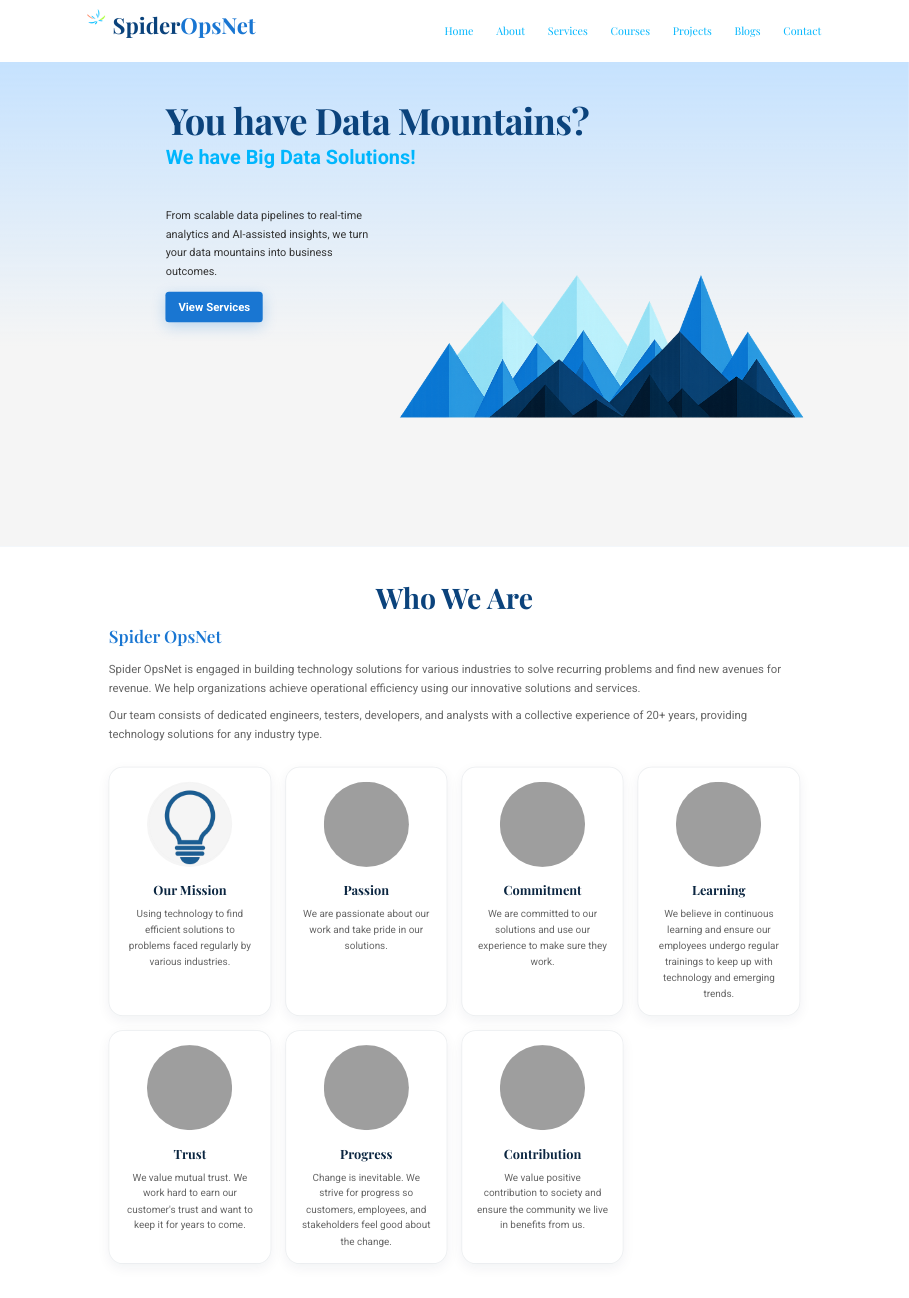
Repository: Yeshwanth-189/spiderOpsNet
Page: / (app in spideropsnet-frontend/)
These files come from the project's save history. The page is drawn as it stood at one moment and after the next save; the edit follows.
The browser window is 1280 px wide. The pictures show the whole page, at 71% of full size.
Pictures or frames that could not be fetched are drawn as grey boxes. The project was rebuilt for these pictures with package versions that can differ from the ones it lists, and the page was loaded fresh each time. Also part of the build but not shown: spideropsnet-frontend/vite.config.js.

Above is the page before, as saved 2025-09-04 16:51:25.

### spideropsnet-frontend/index.html
<!DOCTYPE html>
<html lang="en">
  <head>
    <meta charset="UTF-8" />
    <link rel="icon" type="image/svg+xml" href="/spideropsnet.svg" />
    <link
      href="https://fonts.googleapis.com/css2?family=Playfair+Display:wght@400;600;700&family=Roboto:wght@400;500;700&display=swap"
      rel="stylesheet"
    />
    <meta name="viewport" content="width=device-width, initial-scale=1.0" />
    <title>SpiderOpsNet</title>
  </head>
  <body>
    <div id="root"></div>
    <script type="module" src="/src/main.jsx"></script>
  </body>
</html>

### spideropsnet-frontend/src/App.jsx
import "./App.css";
import SpiderOpsNet from "./components/SpiderOpsNet";
import { BrowserRouter as Router, Routes, Route } from "react-router-dom";

function App() {
  return (
    <>
      <Router>
        <Routes>
          <Route path="/" element={<SpiderOpsNet />} />
          {/* <Route path="/overview" element={<Overview />} />
          <Route path="/profession" element={<Profession />} />
          <Route path="/projects" element={<Project />} />
          <Route path="/education" element={<Education />} />
          <Route path="/skills" element={<Skills />} />
          <Route path="/achievements" element={<Awards />} /> */}
        </Routes>
      </Router>
    </>
  );
}

export default App;

### spideropsnet-frontend/src/App.css
:root {
  /* Brand Colors */
  --color-primary: #0b437c; /* Dark Navy Blue */
  --color-secondary: #00b6fd; /* Professional Light Blue */

  /* Backgrounds */
  --color-bg: #ffffff;
  --color-bg-light: #f5f5f5;

  /* Neutral Grays */
  --color-gray-dark: #333333;
  --color-gray-mid: #666666;
  --color-gray-light: #f5f5f5;

  /* Status Colors */
  --color-success: #2e7d32;
  --color-warning: #ed6c02;
  --color-error: #d32f2f;

  /* Typography */
  --font-heading: "Playfair Display", serif;
  --font-body: "Roboto", sans-serif;

  /* Font Sizes (scalable for responsive design) */
  --text-h1: 2.5rem;
  --text-h2: 2rem;
  --text-h3: 1.5rem;
  --text-body: 1rem;
  --text-small: 0.875rem;

  /* Spacing (consistent padding/margin system) */
  --space-xs: 4px;
  --space-sm: 8px;
  --space-md: 16px;
  --space-lg: 24px;
  --space-xl: 32px;

  /* Border Radius */
  --radius-sm: 4px;
  --radius-md: 8px;
  --radius-lg: 16px;

  /* Shadows */
  --shadow-sm: 0 1px 2px rgba(0, 0, 0, 0.05);
  --shadow-md: 0 4px 6px rgba(0, 0, 0, 0.1);
  --shadow-lg: 0 10px 15px rgba(0, 0, 0, 0.15);
}

html,
body {
  margin: 0;
  padding: 0;
}
* {
  box-sizing: border-box;
}
/* Base Typography */
body {
  font-family: var(--font-body);
  font-size: var(--text-body);
  color: var(--color-gray-dark);
  background-color: var(--color-bg);
  margin: 0;
  padding: 0;
}

h1,
h2,
h3,
h4,
h5,
h6 {
  font-family: var(--font-heading);
  color: var(--color-primary);
  margin: 0 0 var(--space-md);
}

p {
  margin: 0 0 var(--space-md);
  color: var(--color-gray-mid);
}

### spideropsnet-frontend/src/components/SpiderOpsNet.jsx
import React from "react";
import Hero from "../components/Hero";
import NavBar from "../components/NavBar";
import About from "../components/About";
// import Experience from "../components/Experience";
// import Communications from "../components/Communications";
import "../styles/SpiderOpsNet.css";

function SpiderOpsNet() {
  return (
    <>
      <NavBar />
      <Hero />
      <About />
      {/* <Experience />
      <Communications /> */}
    </>
  );
}

export default SpiderOpsNet;

### spideropsnet-frontend/src/components/Hero.jsx
import React from "react";
import "../styles//Hero.css";
import DataMountains from "../assets/DataMountains.png";
// eslint-disable-next-line no-unused-vars
import { motion, useReducedMotion } from "framer-motion";

export default function Hero({
  title = "You have Data Mountains?",
  subtitle = "We have Big Data Solutions!",
  paragraph = "From scalable data pipelines to real-time analytics and AI-assisted insights, we turn your data mountains into business outcomes.",
  ctaText = "View Services",
  onCtaClick = () => {},
  imageAlt = "Abstract mountain range representing big data layers",
}) {
  const prefersReducedMotion = useReducedMotion();

  const initial = prefersReducedMotion ? { opacity: 0 } : { opacity: 0, y: 40 };
  const animate = prefersReducedMotion ? { opacity: 1 } : { opacity: 1, y: 0 };
  const transition = prefersReducedMotion
    ? { duration: 0.6, ease: "easeOut" }
    : { duration: 0.9, ease: "easeOut" };
  return (
    <motion.section
      className="hero"
      aria-label="Data Solutions Hero"
      initial={initial}
      animate={animate}
      transition={transition}
    >
      <header className="hero__header">
        <h1 className="hero__title">{title}</h1>
        <h1 className="hero__subtitle">{subtitle}</h1>
      </header>

      <div className="hero__left">
        <p className="hero__paragraph">{paragraph}</p>
        <button className="hero__cta" onClick={onCtaClick} aria-label={ctaText}>
          {ctaText}
        </button>
      </div>

      <figure className="hero__right">
        <img
          className="hero__image"
          src={DataMountains}
          alt={imageAlt}
          loading="eager"
        />
      </figure>
    </motion.section>
  );
}

### spideropsnet-frontend/src/components/NavBar.jsx
import React, { useState } from "react";
import { Link } from "react-router-dom";
import "../styles/NavBar.css";
import SpiderOpsNet from "../assets/SpiderOpsNet.png";

function Navbar() {
  const [isOpen, setIsOpen] = useState(false);

  return (
    <nav className="navbar">
      <div className="navbar-grid">
        <div className="col-1" />

        <div className="col-2to11 navbar-content">
          <div className="navbar-logo">
            <img
              alt="logo"
              className="navbar-logo-image"
              src={SpiderOpsNet}
            ></img>
            <h2>
              <span className="primary"></span>Spider
              <span className="secondary">OpsNet</span>
            </h2>
            <div className="hamburger" onClick={() => setIsOpen(!isOpen)}>
              <span className={isOpen ? "bar rotate-top" : "bar"}></span>
              <span className={isOpen ? "bar fade" : "bar"}></span>
              <span className={isOpen ? "bar rotate-bottom" : "bar"}></span>
            </div>
          </div>

          {/* Links */}
          <div className={`navbar-links ${isOpen ? "open" : ""}`}>
            <Link to="/Home" onClick={() => setIsOpen(false)}>
              Home
            </Link>
            <Link to="/About" onClick={() => setIsOpen(false)}>
              About
            </Link>
            <Link to="/Services" onClick={() => setIsOpen(false)}>
              Services
            </Link>
            <Link to="/Courses" onClick={() => setIsOpen(false)}>
              Courses
            </Link>
            <Link to="/Projects" onClick={() => setIsOpen(false)}>
              Projects
            </Link>
            <Link to="/Blogs" onClick={() => setIsOpen(false)}>
              Blogs
            </Link>
            <Link to="/Contact" onClick={() => setIsOpen(false)}>
              Contact
            </Link>
          </div>
        </div>

        <div className="col-12" />
      </div>
    </nav>
  );
}

export default Navbar;

### spideropsnet-frontend/src/components/About.jsx
import React from "react";
// eslint-disable-next-line no-unused-vars
import { motion } from "framer-motion";
import "../styles/About.css";
import Mission from "../assets/mission.png";
import Passion from "../assets/passion.png";

const aboutItems = [
  {
    title: "Our Mission",
    img: Mission,
    text: "Using technology to find efficient solutions to problems faced regularly by various industries.",
  },
  {
    title: "Passion",
    img: "https://picsum.photos/seed/passion/160/160",
    text: "We are passionate about our work and take pride in our solutions.",
  },
  {
    title: "Commitment",
    img: "https://picsum.photos/seed/commitment/160/160",
    text: "We are committed to our solutions and use our experience to make sure they work.",
  },
  {
    title: "Learning",
    img: "https://picsum.photos/seed/learning/160/160",
    text: "We believe in continuous learning and ensure our employees undergo regular trainings to keep up with technology and emerging trends.",
  },
  {
    title: "Trust",
    img: "https://picsum.photos/seed/trust/160/160",
    text: "We value mutual trust. We work hard to earn our customer's trust and want to keep it for years to come.",
  },
  {
    title: "Progress",
    img: "https://picsum.photos/seed/progress/160/160",
    text: "Change is inevitable. We strive for progress so customers, employees, and stakeholders feel good about the change.",
  },
  {
    title: "Contribution",
    img: "https://picsum.photos/seed/contribution/160/160",
    text: "We value positive contribution to society and ensure the community we live in benefits from us.",
  },
];

// Variants for parent container and children
const containerVariants = {
  hidden: { opacity: 0, y: 60 },
  show: {
    opacity: 1,
    y: 0,
    transition: {
      duration: 0.7,
      ease: "easeOut",
      staggerChildren: 0.15, // cards animate one after another
    },
  },
};

const childVariants = {
  hidden: { opacity: 0, y: 40 },
  show: { opacity: 1, y: 0, transition: { duration: 0.6, ease: "easeOut" } },
};

export default function AboutUs() {
  return (
    <section className="about-wrap">
      <div className="about-grid">
        <div className="gutter-left" aria-hidden="true" />

        {/* Animate the whole content */}
        <motion.div
          className="about-content"
          variants={containerVariants}
          initial="hidden"
          whileInView="show"
          viewport={{ once: true, amount: 0.2 }}
        >
          {/* Intro */}
          <motion.header className="about-intro" variants={childVariants}>
            <h1 className="about-title">Who We Are</h1>
            <h2 className="about-subtitle">Spider OpsNet</h2>
            <p className="about-paragraph">
              Spider OpsNet is engaged in building technology solutions for
              various industries to solve recurring problems and find new
              avenues for revenue. We help organizations achieve operational
              efficiency using our innovative solutions and services.
            </p>
            <p className="about-paragraph">
              Our team consists of dedicated engineers, testers, developers, and
              analysts with a collective experience of 20+ years, providing
              technology solutions for any industry type.
            </p>
          </motion.header>

          {/* Cards */}
          <motion.div className="cards-grid" variants={containerVariants}>
            {aboutItems.map((item) => (
              <motion.article
                className="card"
                key={item.title}
                variants={childVariants}
              >
                <div className="card-img-wrap">
                  <img src={item.img} alt={item.title} />
                </div>
                <h3 className="card-title">{item.title}</h3>
                <p className="card-text">{item.text}</p>
              </motion.article>
            ))}
          </motion.div>
        </motion.div>

        <div className="gutter-right" aria-hidden="true" />
      </div>
    </section>
  );
}

### spideropsnet-frontend/src/styles/Hero.css
:root {
  --brand-primary: var(--color-primary, #0a2540); /* Dark Navy */
  --brand-accent: var(--color-accent, #1976d2); /* Light Blue */
  --surface: var(--color-surface, #ffffff);
  --text: var(--color-text, #333333);
  --muted: var(--color-muted, #666666);
  --elev: 24px;
}

/* Grid shell: 12 columns desktop, 4 columns mobile */
.hero {
  --gutter: clamp(12px, 2vw, 24px);
  display: grid;
  grid-template-columns:
    [line1] 1fr /* empty gutter */
    [line2] repeat(10, minmax(0, 1fr)) /* content */
    [line12] 1fr /* empty gutter */
    [line13];
  gap: var(--gutter);
  padding: clamp(32px, 6vw, 80px) var(--gutter);
  background: linear-gradient(180deg, rgb(195, 225, 255), transparent 60%),
    var(--surface);
  color: var(--text);
  margin-top: 5%;
}

.hero__header {
  grid-column: 3 / 12;
}

.hero__title {
  margin: 0 0 8px 0;
  font-size: clamp(28px, 4vw, 56px);
  line-height: 1.1;
  letter-spacing: -0.02em;
  color: var(--brand-primary);
  font-family: "Playfair Display", ui-serif, Georgia, serif;
}

.hero__subtitle {
  margin: 0 0 clamp(16px, 2.5vw, 28px) 0;
  font-size: clamp(18px, 2.2vw, 28px);
  line-height: 1.2;
  color: var(--color-secondary);
  font-family: Roboto, system-ui, -apple-system, Segoe UI, "Helvetica Neue",
    Arial, sans-serif;
}

.hero__left {
  grid-column: 3 / 6;
  align-self: start;
}

.hero__paragraph {
  margin: 0 0 16px 0;
  font-size: clamp(14px, 1.2vw, 18px);
  line-height: 1.7;
  color: var(--color-gray-dark);
}

.hero__cta {
  appearance: none;
  border: none;
  cursor: pointer;
  padding: 12px 18px;
  border-radius: 5px;
  background: var(--brand-accent);
  color: #fff;
  font-weight: 600;
  font-size: 16px;
  box-shadow: 0 6px 20px rgba(25, 118, 210, 0.25);
  transition: transform 120ms ease, box-shadow 120ms ease, filter 120ms ease;
}

.hero__cta:hover {
  transform: translateY(-1px);
  box-shadow: 0 10px 28px rgba(25, 118, 210, 0.35);
}

.hero__cta:active {
  transform: translateY(0);
  filter: brightness(0.96);
}

/* Right block: lines 6 → 12 (i.e., cols 6–11 inclusive) */
.hero__right {
  grid-column: 6 / 12;
  margin: 0;
}

.hero__image {
  width: 100%;
  height: auto;
  display: block;
}

/* Responsive: switch to 4-column grid on mobile */
@media (max-width: 767.98px) {
  .hero {
    grid-template-columns:
      [m1] 1fr /* empty */
      [m2] repeat(2, minmax(0, 1fr)) /* content */
      [m4] 1fr /* empty */
      [m5];
  }

  .hero__header,
  .hero__left,
  .hero__right {
    grid-column: 2 / 4; /* span the two content columns */
  }

  .hero__right {
    order: 3;
  }
  .hero__left {
    order: 2;
  }
  .hero__header {
    order: 1;
  }
}

/* Prefers-reduced-motion respect */
@media (prefers-reduced-motion: reduce) {
  .hero__cta {
    transition: none;
  }
}

### spideropsnet-frontend/src/styles/NavBar.css
.navbar {
  position: fixed;
  width: 100%;
  background-color: var(--color-bg);
  z-index: 999;
  padding: 12px 0;
}

.navbar-grid {
  display: grid;
  grid-template-columns: repeat(12, 1fr);
  align-items: center;
  max-width: 1400px;
  margin: 0 auto;
  padding: 0 20px;
}

.col-1 {
  grid-column: 1 / 2;
}

.col-2to11 {
  grid-column: 2 / 12;
  display: flex;
  justify-content: space-between;
  align-items: center;
}

.col-12 {
  display: none;
}

/* Left: Logo */
.navbar-logo {
  font-family: "Playfair Display", serif;
  font-size: 1.3rem;
  color: var(--color-primary);
  display: flex;
  justify-content: flex-start;
  align-items: flex-start;
  gap: 10px;
  width: 100%;
}

.navbar-logo-image {
  width: 5%;
}

.primary {
  color: #0a2540;
}

.secondary {
  color: #1976d2;
}

/* Right: Links */
.navbar-links {
  display: flex;
  gap: 32px;
  font-family: "Playfair Display", serif;
  font-size: 0.95rem;
}

.navbar-links a {
  color: var(--color-secondary);
  text-decoration: none;
  transition: color 0.3s ease;
  position: relative;
}

.navbar-links a:hover {
  color: --color-primary;
}

.navbar-links a::after {
  content: "";
  display: block;
  height: 2px;
  width: 0;
  background-color: var(--color-secondary);
  transition: width 0.3s ease;
  position: absolute;
  bottom: -4px;
  left: 0;
}

.navbar-links a:hover::after {
  width: 100%;
}
.hamburger {
  display: none;
  flex-direction: column;
  justify-content: center;
  align-items: flex-end;
  gap: 5px;
  margin-left: auto;
  cursor: pointer;
  z-index: 1000;
}

.bar {
  width: 22px;
  height: 3px;
  background-color: var(--color-primary);
  transition: all 0.3s ease;
}

.rotate-top {
  transform: rotate(45deg) translateY(8px);
}

.fade {
  opacity: 0;
}

.rotate-bottom {
  transform: rotate(-45deg) translateY(-8px);
}

/* Responsive */
@media screen and (max-width: 768px) {
  .navbar-grid {
    grid-template-columns: 1fr;
  }

  .col-2to11 {
    flex-direction: column;
    gap: 14px;
    grid-column: span 12;
  }

  .navbar-logo {
    font-size: 1.1rem;
  }

  .navbar-logo-image {
    width: 10%;
  }

  .navbar-links {
    flex-direction: column;
    gap: 12px;
  }
  @media screen and (max-width: 768px) {
    .hamburger {
      margin-top: 5%;
      display: flex;
    }
    .navbar {
      top: 0;
      border-bottom: 1px solid #0a2540;
    }

    .navbar-links {
      display: none;
      flex-direction: column;
      gap: 16px;
      margin-top: 1rem;
      width: 100%;
    }

    .navbar-links.open {
      display: flex;
      animation: fadeIn 0.3s ease-in-out;
    }
  }

  @keyframes fadeIn {
    from {
      opacity: 0;
      transform: translateY(-10px);
    }
    to {
      opacity: 1;
      transform: translateY(0);
    }
  }
}

### spideropsnet-frontend/src/styles/About.css
/* Optional: inherit brand tokens if you already have variables.css */
:root {
  --brand-navy: #0a2540; /* Primary */
  --brand-blue: #1976d2; /* Secondary */
  --bg: #ffffff;
  --text-dark: #333333;
  --text-mid: #666666;
  --surface: #f5f5f5;
}

/* Layout wrapper */
.about-wrap {
  background: var(--bg);
  color: var(--text-dark);
  width: 100%;
}

/* 12-column grid with hidden 1st & 12th columns */
.about-grid {
  display: grid;
  grid-template-columns: repeat(12, minmax(0, 1fr));
  gap: 0; /* outer grid has no gap; inner content controls spacing */
  max-width: 1200px;
  margin: 0 auto;
  padding: 48px 16px;
}

.gutter-left,
.gutter-right {
  display: none; /* explicitly hidden */
}

/* Content spans columns 2–11 */
.about-content {
  grid-column: 2 / 12;
}

/* Intro block */
.about-intro {
  margin-bottom: 32px;
}

.about-title {
  font-family: "Playfair Display", Georgia, serif;
  font-weight: 700;
  font-size: clamp(28px, 4vw, 40px);
  color: var(--color-primary);
  margin: 0 0 8px 0;
  line-height: 1.2;
  text-align: center;
  width: 100%;
  margin: 0 auto 12px auto;
}

.about-subtitle {
  font-family: "Playfair Display", Georgia, serif;
  font-weight: 600;
  font-size: clamp(18px, 2.5vw, 24px);
  color: var(--brand-blue);
  margin: 0 0 16px 0;
}

.about-paragraph {
  font-family: "Roboto", system-ui, -apple-system, Segoe UI, Arial, sans-serif;
  font-size: 16px;
  line-height: 1.65;
  color: var(--text-mid);
  margin: 0 0 12px 0;
}

/* Cards grid: makes 4 on top, 3 on bottom naturally with 7 items */
.cards-grid {
  display: grid;
  grid-template-columns: repeat(4, minmax(0, 1fr));
  gap: 20px;
}

/* Card */
.card {
  background: #fff;
  border: 1px solid rgba(10, 37, 64, 0.08);
  border-radius: 20px;
  padding: 20px;
  box-shadow: 0 6px 18px rgba(10, 37, 64, 0.06);
  display: flex;
  flex-direction: column;
  align-items: center;
  text-align: center;

  /* subtle hover */
  transition: transform 240ms ease, box-shadow 240ms ease,
    border-color 240ms ease;
}

.card:hover {
  transform: translateY(-4px);
  box-shadow: 0 10px 24px rgba(10, 37, 64, 0.1);
  border-color: rgba(25, 118, 210, 0.25);
}

.card-img-wrap {
  width: 120px;
  height: 120px;
  border-radius: 50%;
  background: var(--surface);
  display: grid;
  place-items: center;
  margin-bottom: 14px;
  overflow: hidden;
}

.card-img-wrap img {
  width: 100%;
  height: 100%;
  object-fit: cover;
}

.card-title {
  font-family: "Playfair Display", Georgia, serif;
  font-size: 18px;
  font-weight: 700;
  color: var(--brand-navy);
  margin: 6px 0 8px 0;
}

.card-text {
  font-family: "Roboto", system-ui, -apple-system, Segoe UI, Arial, sans-serif;
  font-size: 14px;
  color: var(--text-mid);
  line-height: 1.6;
  margin: 0;
}

/* Load-in animation */
.fade-up {
  opacity: 0;
  transform: translateY(16px);
  animation: fadeUp 600ms ease-out forwards;
}

@keyframes fadeUp {
  to {
    opacity: 1;
    transform: translateY(0);
  }
}

/* Responsive tweaks */
@media (max-width: 1024px) {
  .cards-grid {
    grid-template-columns: repeat(3, minmax(0, 1fr));
  }
}

@media (max-width: 768px) {
  .about-grid {
    padding: 32px 14px;
  }
  .cards-grid {
    grid-template-columns: repeat(2, minmax(0, 1fr));
  }
}

@media (max-width: 480px) {
  .cards-grid {
    grid-template-columns: 1fr;
  }
}

Loaded but not shown: spideropsnet-frontend/src/main.jsx (common file); spideropsnet-frontend/src/index.css (common file); spideropsnet-frontend/src/styles/SpiderOpsNet.css (no stored copy; drawn as an empty file)

After the next save:
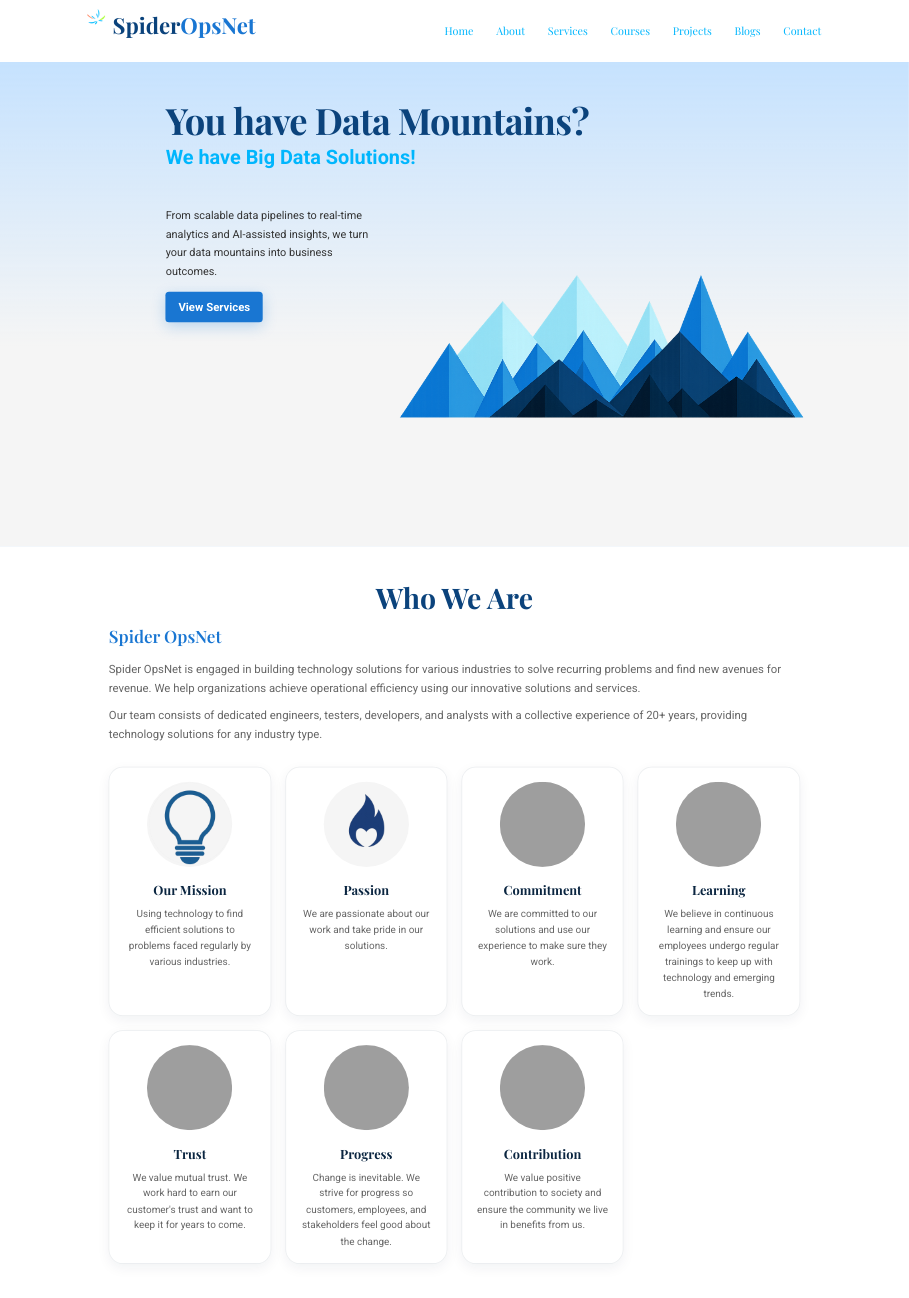
Saved 22 s later.
--- a/spideropsnet-frontend/src/components/About.jsx
+++ b/spideropsnet-frontend/src/components/About.jsx
@@ -4,6 +4,11 @@ import { motion } from "framer-motion";
 import "../styles/About.css";
 import Mission from "../assets/mission.png";
 import Passion from "../assets/passion.png";
+import Commitment from "../assets/commitment.png";
+import Learning from "../assets/learning.png";
+import Trust from "../assets/trust.png";
+import Progress from "../assets/progress.png";
+import Contribution from "../assets/contribution.png";
 
 const aboutItems = [
   {
@@ -13,7 +18,7 @@ const aboutItems = [
   },
   {
     title: "Passion",
-    img: "https://picsum.photos/seed/passion/160/160",
+    img: Passion,
     text: "We are passionate about our work and take pride in our solutions.",
   },
   {
